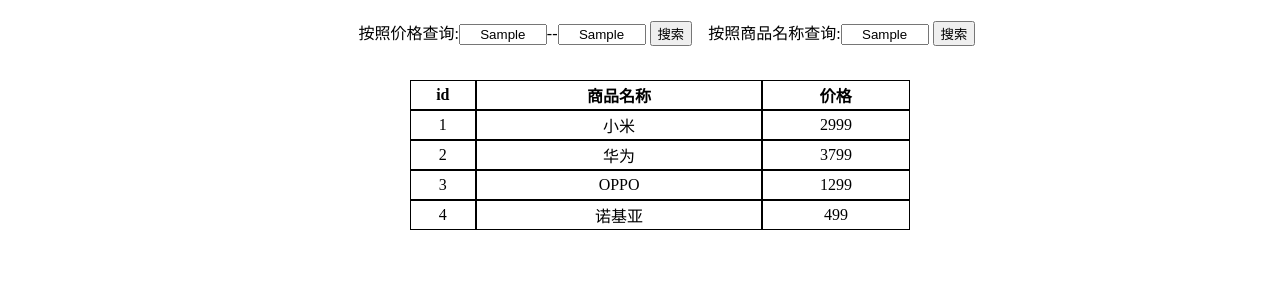
Repository: ldqml/project
Page: jsgaoji/chaxunshangpin.html
An editor plug-in stored every save of this project. The page is shown before and after the next save, followed by the edit.
The browser window is 1280 px wide. The pictures show the whole page.
Empty fields were first filled with sample values (such as "Sample", 5 or name@example.com).
After loading, the first visible `button.suo` was clicked once.

Above is the page before, as saved 2022-07-15 19:31:47.

### jsgaoji/chaxunshangpin.html
<!DOCTYPE html>
<html lang="en">
<head>
    <meta charset="UTF-8">
    <meta http-equiv="X-UA-Compatible" content="IE=edge">
    <meta name="viewport" content="width=device-width, initial-scale=1.0">
    <title>Document</title>
    <style type="text/css">
        .sousuo{
            width: 800px;
            height: 50px;
            position: absolute;
            top: 20px;
            left: 28%;
        }
        .sousuo input{
            width: 80px;
            text-align: center;
        }
        table{
            width: 500px;
            position: absolute;
            top: 80px;
            left: 32%;
        }
        tr{
            width: 500px;
            height: 30px;
        }
        th,td{
            border: 1px solid;
            text-align: center;
        }
    </style>
</head>
<body>
    <div class="sousuo">
        按照价格查询:<input type="text" class="start">--<input type="text" class="end">
        <button class="sou">搜索</button>&nbsp;&nbsp;&nbsp; 按照商品名称查询:<input type="text" class="jname">
        <button class="suo">搜索</button>
    </div>
    <table cellspacing="0" cellpadding="0" >
        <thead>
            <tr>
                <th>id</th>
                <th>商品名称</th>
                <th>价格</th>
            </tr>
        </thead>
        <tbody>

        </tbody>
    </table>
    <script>
        var data=[{
            id:1,
            pname:'小米',
            price:2999
        },{
            id:2,
            pname:'华为',
            price:3799
        },{
            id:3,
            pname:'OPPO',
            price:1299
        },{
            id:4,
            pname:'诺基亚',
            price:499
        }];
        var tb=document.querySelector('tbody');
        var sou=document.querySelector('.sou');
        var start=document.querySelector('.start');
        var end=document.querySelector('.end');
        var jname=document.querySelector('.jname');
        var suo=document.querySelector('.suo');
        setdate(data);

        function setdate(ndate){
            tb.innerHTML ="";
            ndate.forEach(function(value){
            var tr=document.createElement('tr');
            tr.innerHTML='<td>'+value.id+'</td>'+'<td>'+value.pname+'</td>'+'<td>'+value.price+'</td>';
            tb.appendChild(tr);
        })
        }

        sou.addEventListener('click',function(){
            var newDate=data.filter(function(value){
                return value.price>=start.value && value.price<=end.value;
            })
            setdate(newDate);
        })

        suo.addEventListener('click',function(){
            var narr=[];
            data.some(function(value){
                if(value.pname===jname.value){
                    narr.push(value);
                    return true;
                }
            })
        })
    </script>
</body>
</html>

After the next save:
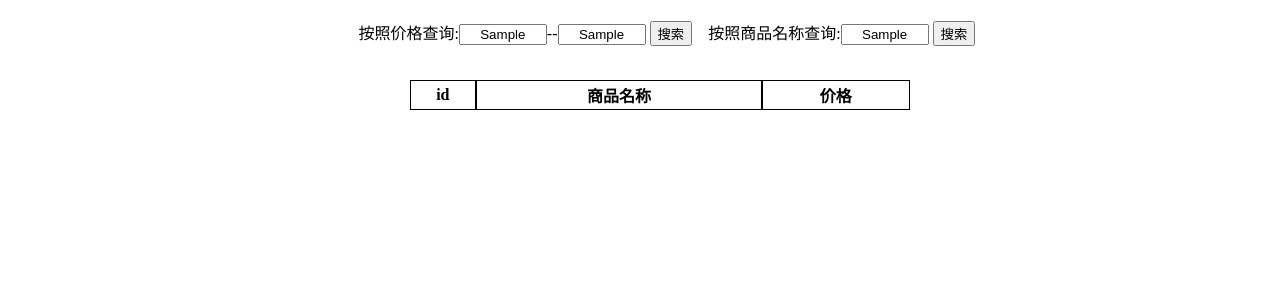
Saved 52 s later.
--- a/jsgaoji/chaxunshangpin.html
+++ b/jsgaoji/chaxunshangpin.html
@@ -101,6 +101,7 @@
                     return true;
                 }
             })
+            setdate(narr);
         })
     </script>
 </body>
